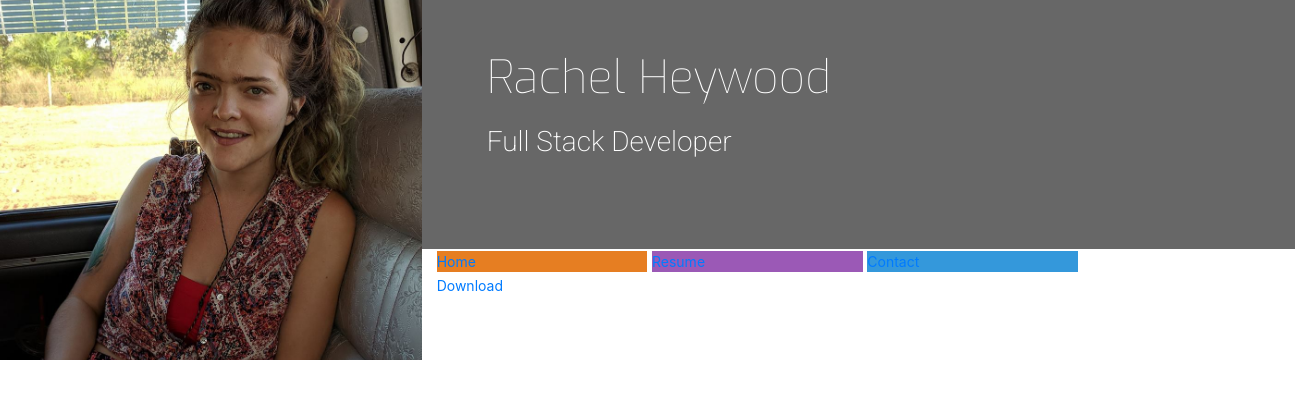
Repository: Heywood93/resume
Page: index.html
The author's editor kept a record of every edit. The page is drawn from the files as they stood at one moment, then again after the next edit.
The browser window is 1280 px wide. The page is 1295 px wide, so the pictures cover 1295 px, including what lies to the right of the window. The pictures show the whole page.

Above is the page before.

After the next edit:
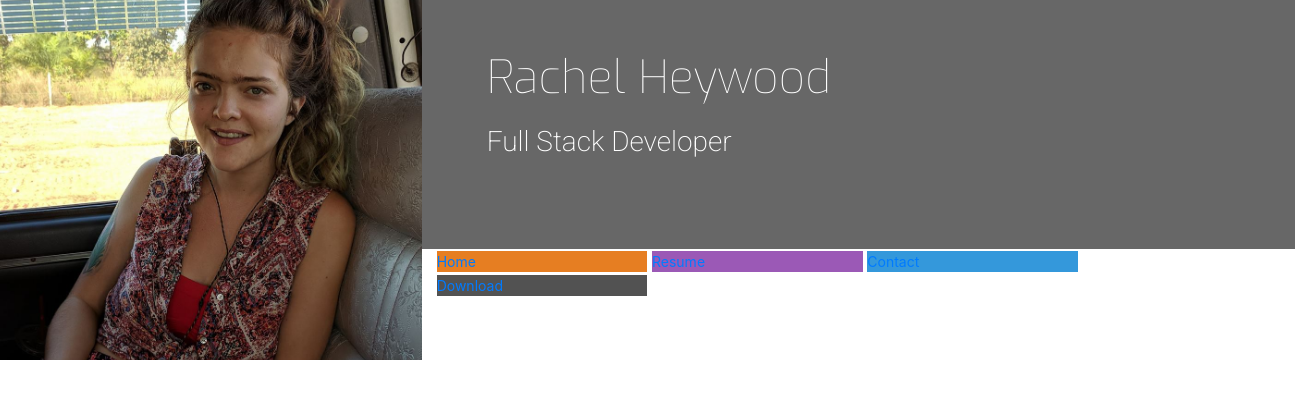
The edit:
--- a/index.html
+++ b/index.html
@@ -34,7 +34,7 @@
                             <li class="col-6 col-sm-3 ui-menu-color-contact list-inline-item">
                                 <a href="#"><span>Contact</span></a>
                             </li>
-                            <li class="col-6 col-sm-3 list-inline-item">
+                            <li class="col-6 col-sm-3 ui-menu-color-download list-inline-item">
                                 <a href="#"><span>Download</span></a>
                             </li>
                         </ul>
